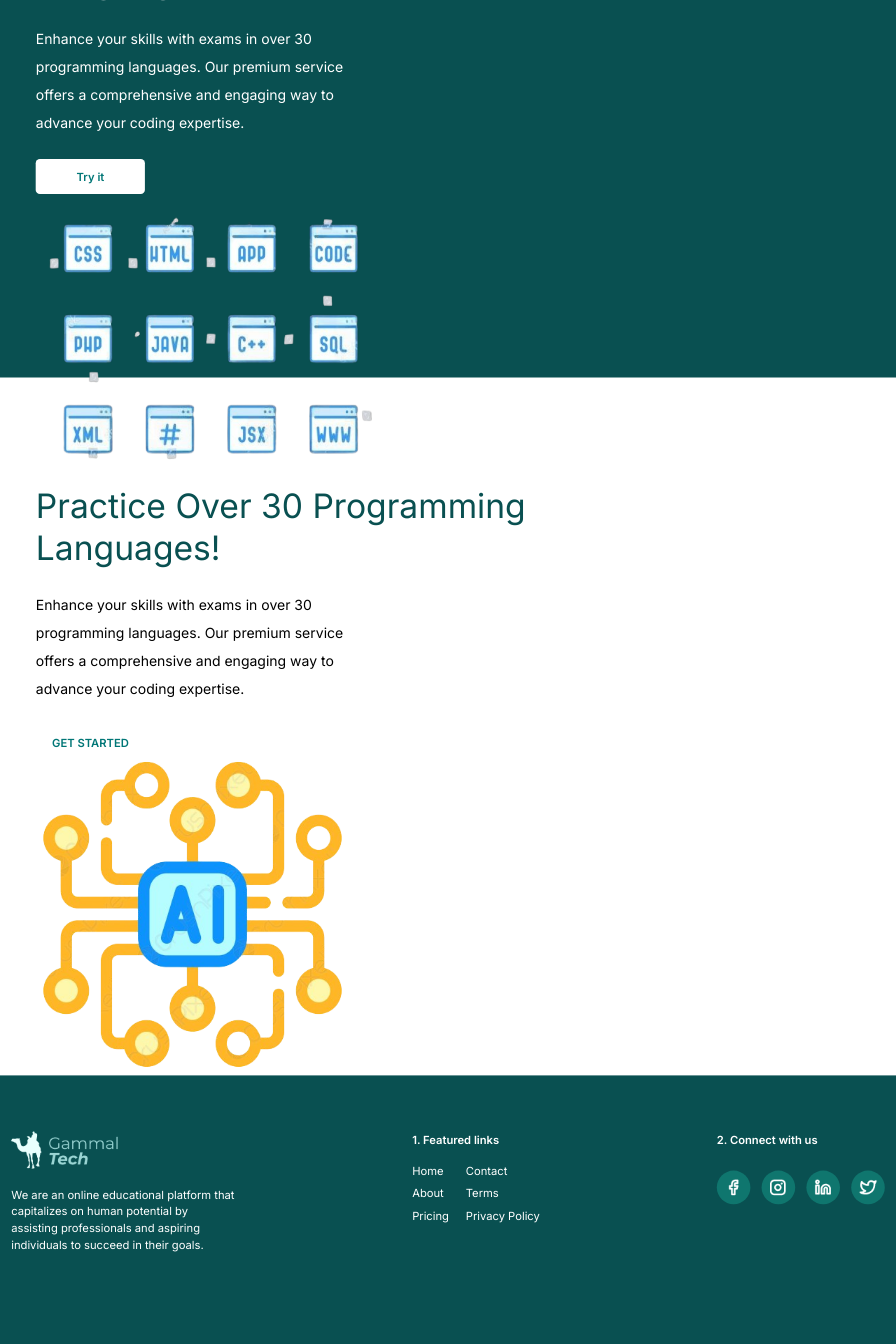
Repository: Ahmed77669/Internship-test
Page: /
These files come from the project's save history. The page is drawn as it stood at one moment and after the next save; the edit follows.
The browser window is 1280 px wide. The pictures show the part of the page from y = 1126 to 3046 px (the page is 3046 px tall before and 2986 px after), at 70% of full size.
The project was rebuilt for these pictures with package versions that can differ from the ones it lists, and the page was loaded fresh each time. The framework's server and built-in components were replaced by stand-ins that run in the browser. Also part of the build but not shown: next.config.mjs.

Above is the page before, as saved 2024-10-13 19:37:32.

### app/layout.tsx
import type { Metadata } from "next";
import localFont from "next/font/local";
import "./globals.css";
import NavBarHome from "@/components/Navbar";
import { Inter } from "next/font/google";
import Footer from "@/components/Footer/Footer";

const inter = Inter({
  subsets: ["latin"],
});
const geistSans = localFont({
  src: "./fonts/GeistVF.woff",
  variable: "--font-geist-sans",
  weight: "100 900",
});
const geistMono = localFont({
  src: "./fonts/GeistMonoVF.woff",
  variable: "--font-geist-mono",
  weight: "100 900",
});

export const metadata: Metadata = {
  title: "Create Next App",
  description: "Generated by create next app",
};

export default function RootLayout({
  children,
}: Readonly<{
  children: React.ReactNode;
}>) {
  return (
    <html lang="en">
      <body
        className={`${geistSans.variable} ${geistMono.variable} antialiased ${inter.className}`}
      >
        <NavBarHome />
        {children}
        <Footer />
      </body>
    </html>
  );
}

### app/page.tsx
import NavBarHome from "@/components/Navbar";
import Home_1 from "@/components/Home_1";
import Image from "next/image";

export default function Home() {
  return (
      <main>
        <Home_1 />
      </main>

  );
}

### app/globals.css
@tailwind base;
@tailwind components;
@tailwind utilities;

:root {
  --background: #ffffff;
  /* --foreground: #171717; */
}

@media (prefers-color-scheme: dark) {
  :root {
    /* --background: #0a0a0a; */
    --foreground: #ededed;
  }
}

body {
  color: var(--foreground);
  background: var(--background);
  font-family: Arial, Helvetica, sans-serif;
}

@layer utilities {
  .text-balance {
    text-wrap: balance;
  }
}

### components/Navbar.tsx
"use client";
import React, { useState, useRef, useEffect } from "react";
import GT_logo from "@/public/Component 6.png";
import Link from "next/link";
import { Inter } from "next/font/google";
import Image from "next/image";
import { useRouter } from "next/navigation";

const inter = Inter({
  subsets: ["latin"],
  weight: ["100", "200", "300", "400", "500", "600", "700"],
});

const NavBarHome = () => {
  const [isOpen, setIsOpen] = useState(false);
  const menuRef = useRef(null);
  const router = useRouter();

  const route = (page: string) => {
    router.push(page);
  };

  const handleOutsideClick = (event: { target: any; }) => {
    if (menuRef.current && !menuRef.current.contains(event.target)) {
      setIsOpen(false);
    }
  };

  useEffect(() => {
    document.addEventListener("mousedown", handleOutsideClick);
    return () => {
      document.removeEventListener("mousedown", handleOutsideClick);
    };
  }, []);

  const toggleMenu = () => {
    setIsOpen((prev) => !prev);
  };

  return (
    <div className={`py-5 container mx-auto ${inter.className} w-[92%]`}>
      <nav className="relative">
        <ul className="flex justify-between items-center">
          <li className="min-w-[152px]">
            <Link href="/">
              <Image
                src={GT_logo}
                alt="Gammal Tech Logo"
                width={130}
                className="cursor-pointer"
              />
            </Link>
          </li>
          <div className="hidden md:flex space-x-5">
            <Link href="/" className="text-[#007676] text-[18px] font-normal flex items-center">Home</Link>
            <Link href="/pricing" className="text-[#007676] text-[18px] font-normal flex items-center">Pricing</Link>
            {/* <Link href="/contests" className="text-[#007676] text-[18px] font-normal flex items-center">Contests</Link> */}
            {/* <Link href="/ai-challenge" className="text-[#007676] text-[18px] font-normal flex items-center">AI Challenge</Link> */}
            {/* <Link href="/rank" className="text-[#007676] text-[18px] font-normal flex items-center">Rank</Link> */}
            <Link href="/about" className="text-[#007676] text-[18px] font-normal flex items-center">About</Link>
            <Link href="/about" className="text-[#007676] text-[18px] font-normal flex items-center">Contact Us</Link>

            <button
              onClick={() => route("/")}
              className="bg-[#007676] text-white rounded-md w-[156px] h-[50px] text-[16px] font-semibold  py-1 px-3 transition-all duration-300 ease-in-out hover:bg-[#005555] hover:shadow-lg"
            >
              GET STARTED
            </button>

          </div>
          <div className="md:hidden flex items-center">
            <button onClick={toggleMenu} className="text-[#007676] focus:outline-none">
              {/* {isOpen ? (
                <FaTimes className="text-2xl" />
              ) : (
                <FaBars className="text-2xl" />
              )} */}
            </button>
          </div>
        </ul>

        {isOpen && (
          <div
            ref={menuRef}
            className="absolute right-0 mt-2 w-48 bg-white shadow-lg rounded-lg z-20 transition-transform transform origin-top-right scale-100 mx-4"
          >
            <div className="flex flex-col">
              <Link
                href="/"
                className="text-[#007676] text-lg font-semibold hover:bg-[#f0f0f0] transition duration-200 p-3 rounded-lg"
                onClick={() => setIsOpen(false)}
              >
                Home
              </Link>
              <Link
                href="/pricing"
                className="text-[#007676] text-lg font-semibold hover:bg-[#f0f0f0] transition duration-200 p-3 rounded-lg"
                onClick={() => setIsOpen(false)}
              >
                Pricing
              </Link>
              <Link
                href="/contests"
                className="text-[#007676] text-lg font-semibold hover:bg-[#f0f0f0] transition duration-200 p-3 rounded-lg"
                onClick={() => setIsOpen(false)}
              >
                Contests
              </Link>
              <Link
                href="/ai-challenge"
                className="text-[#007676] text-lg font-semibold hover:bg-[#f0f0f0] transition duration-200 p-3 rounded-lg"
                onClick={() => setIsOpen(false)}
              >
                AI Challenge
              </Link>
              <Link
                href="/rank"
                className="text-[#007676] text-lg font-semibold hover:bg-[#f0f0f0] transition duration-200 p-3 rounded-lg"
                onClick={() => setIsOpen(false)}
              >
                Rank
              </Link>
              <Link
                href="/about"
                className="text-[#007676] text-lg font-semibold hover:bg-[#f0f0f0] transition duration-200 p-3 rounded-lg"
                onClick={() => setIsOpen(false)}
              >
                About Us
              </Link>
            </div>
          </div>
        )}
      </nav>
    </div>
  );
};

export default NavBarHome;

### components/Footer/Footer.tsx
import React from 'react';
import Image from "next/image";
import footerLogo from "@/public/gammalTech-logos/footer-logo.png";
import Link from 'next/link';
import linkdin from "@/public/socialmediaIcons/linkdin.png";
import facebook from "@/public/socialmediaIcons/Facebook.png";
import instagram from "@/public/socialmediaIcons/Instagram.png";
import twitter from "@/public/socialmediaIcons/Twitter.png";

const Footer = () => {
  return (

      <section className= "bg-[#095051] py-20 min-h-96 h-auto">
        <div className="container mx-auto px-4 ">
          <div className="flex justify-between flex-wrap ">
            <div className='mb-10'>
              <div className="mb-6">
                <Image src={footerLogo} alt='Gammal Tech Logo' width={152} />
              </div>
              <div className="text-white w-80">
                We are an online educational platform that capitalizes on human potential by assisting professionals and aspiring individuals to succeed in their goals.
              </div>
            </div>

            <div className="text-white flex flex-col mb-10">
              <p className="font-semibold mb-5">1. Featured links</p>
              <div className="flex justify-between ">
                <div className="space-y-2 mr-6">
                  <p className='cursor-pointer'>Home</p>
                  <p className='cursor-pointer'>About</p>
                  <p className='cursor-pointer'>Pricing</p>
                </div>
                <div className="space-y-2">
                  <p className='cursor-pointer'>Contact</p>
                  <p className='cursor-pointer'>Terms</p>
                  <p className='cursor-pointer'>Privacy Policy</p>
                </div>
              </div>
            </div>

            <div>
              <p className="text-white font-semibold mb-8">2. Connect with us</p>
              <div className="flex space-x-4">
                <Link href="https://www.facebook.com/gammal.tech/?locale=ar_AR" passHref target='_blank'>
                  <div className="w-12 h-12 bg-teal-700 rounded-full flex items-center justify-center cursor-pointer">
                    <Image src={facebook} alt='Facebook Logo' />
                  </div>
                </Link>
                <Link href="https://www.instagram.com/gammal.tech/?hl=ar" passHref target='_blank'>
                  <div className="w-12 h-12 bg-teal-700 rounded-full flex items-center justify-center cursor-pointer">
                    <Image src={instagram} alt='Instagram Logo' />
                  </div>
                </Link>
                <Link href="https://www.linkedin.com/company/gammal-tech/" passHref target='_blank'>
                  <div className="w-12 h-12 bg-teal-700 rounded-full flex items-center justify-center cursor-pointer">
                    <Image src={linkdin} alt='LinkedIn Logo' />
                  </div>
                </Link>
                <Link href="https://x.com/gammaltech?lang=ar" passHref target='_blank'>
                  <div className="w-12 h-12 bg-teal-700 rounded-full flex items-center justify-center cursor-pointer">
                    <Image src={twitter} alt='Twitter Logo' />
                  </div>
                </Link>
              </div>
            </div>
          </div>
        </div>
      </section>
  );
};

export default Footer;

### components/Home_1.tsx
import React from "react";
import Image from "next/image";
import lang from "@/public/landingPage-photos/lang.png";
import AI from "@/public/landingPage-photos/AI.png";

const Home = () => {
  return (
    <section className="mt-40">
      <div className="w-[92%]  container mx-auto flex justify-between flex-wrap">
        <div className="w-[660px]">
          <div className="text-[#094546] text-5xl w-full leading-[60px]">
            The Engaging and Effective Way to Master Programming
          </div>

          <p className="text-black w-2/3 text-xl mt-8 leading-[40px]">
            Take interactive exams and challenges designed to make learning fun
            and impactful. Start your journey toward becoming a coding expert
            today!
          </p>

          <button
            // onClick={() => route("/")}
            className="bg-[#007676] text-white rounded-md w-[156px] h-[50px] text-[16px] font-semibold  py-1 px-3 transition-all duration-300 ease-in-out hover:bg-[#005555] hover:shadow-lg mt-8"
          >
            GET STARTED
          </button>
        </div>
        <div className="bg-black rounded-md w-[500px] h-[450px] p-10 flex flex-wrap">
          <pre className="text-[#4ADE80]">
            {`#include <stdio.h>

int main() {
    int year;

    printf("Enter a year: ");
    scanf("%d", &year);

    if ((year % 100 != 0 && year % 4 == 0)) {
        printf("%d is a leap year.\\n", year);
    } else {
        printf("%d is not a leap year.\\n", year);
    }

    return 0;
}`}
          </pre>
        </div>
      </div>
      <div className="bg-[#095051] mt-[12%] mb-[12%] py-36 h-[800px] content-end">
        <div className="w-[92%]  container mx-auto flex justify-between flex-wrap align-middle">
          <div className="w-[700px]">
            <div className="text-white text-5xl w-full leading-[60px]">
              Practice Over 30 Programming Languages!
            </div>

            <p className="text-white w-2/3 text-xl mt-8 leading-[40px]">
              Enhance your skills with exams in over 30 programming languages.
              Our premium service offers a comprehensive and engaging way to
              advance your coding expertise.
            </p>

            <button
              // onClick={() => route("/")}
              className="bg-[#ffffff] text-[#007676] rounded-md w-[156px] h-[50px] text-[16px] font-semibold  py-1 px-3 transition-all duration-300 ease-in-out hover:bg-opacity-95 hover:shadow-lg mt-8"
            >
              Try it
            </button>
          </div>
          <div className="rounded-md w-[500px] h-[450px]  flex flex-wrap">
            <Image src={lang} alt="programming languages photo" />
            {/* </div> */}
          </div>
        </div>
      </div>

      <div className="w-[92%]  container mx-auto flex justify-between flex-wrap">
        <div className="w-[700px]">
          <div className="text-[#095051] text-5xl w-full leading-[60px]">
            Practice Over 30 Programming Languages!
          </div>

          <p className="text-black w-2/3 text-xl mt-8 leading-[40px]">
            Enhance your skills with exams in over 30 programming languages. Our
            premium service offers a comprehensive and engaging way to advance
            your coding expertise.
          </p>

          <button
            // onClick={() => route("/")}
            className="bg-[#ffffff] text-[#007676] rounded-md w-[156px] h-[50px] text-[16px] font-semibold  py-1 px-3 transition-all duration-300 ease-in-out hover:bg-opacity-95 hover:shadow-lg mt-8"
          >
            GET STARTED
          </button>
        </div>
        <div className="rounded-md w-[500px] h-[450px] flex flex-wrap">
          <Image src={AI} alt="programming languages photo" />
          {/* </div> */}
        </div>
      </div>
    </section>
  );
};

export default Home;

Loaded but not shown: tailwind.config.ts (common file)

After the next save:
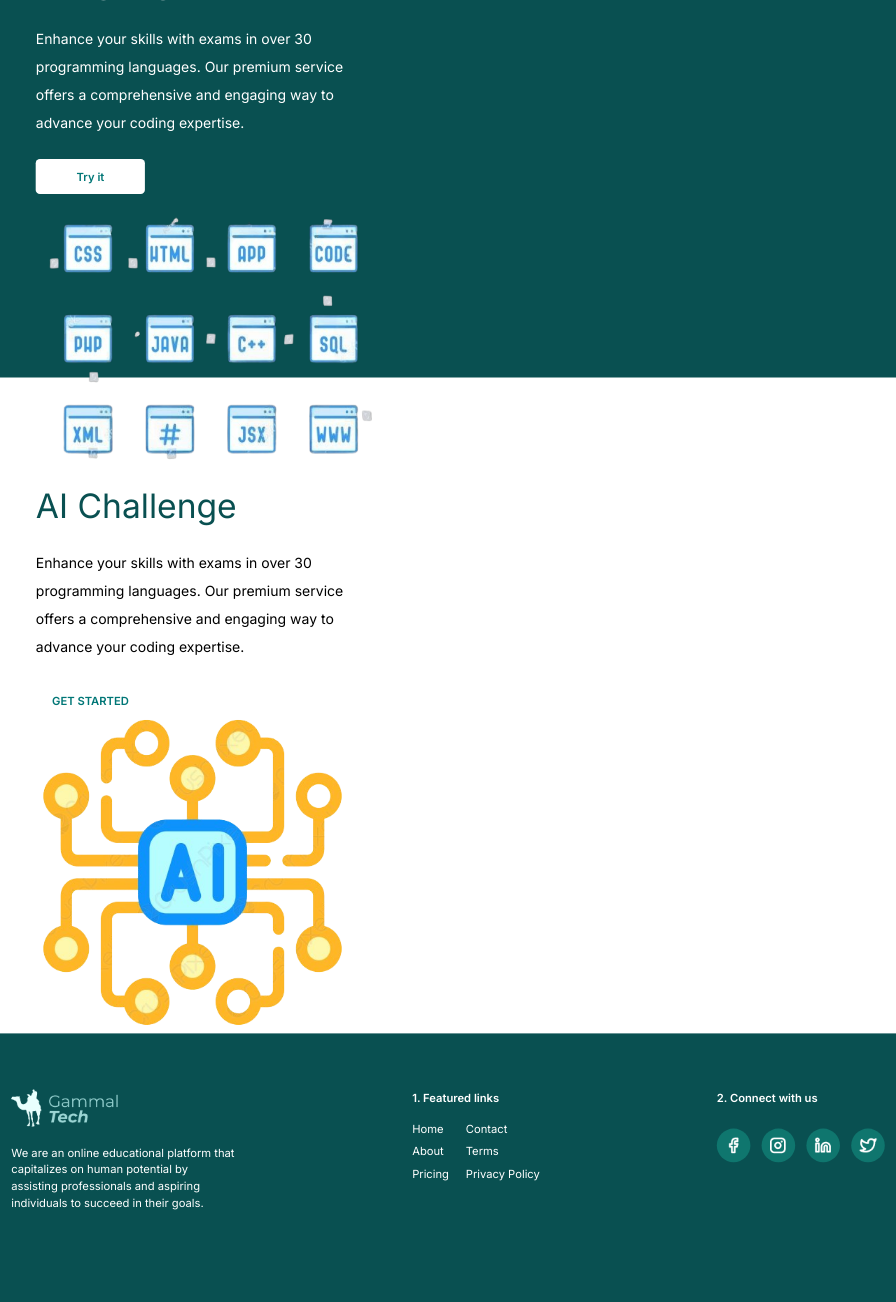
Saved 54 s later.
--- a/components/Home_1.tsx
+++ b/components/Home_1.tsx
@@ -76,7 +76,7 @@
       <div className="w-[92%]  container mx-auto flex justify-between flex-wrap">
         <div className="w-[700px]">
           <div className="text-[#095051] text-5xl w-full leading-[60px]">
-            Practice Over 30 Programming Languages!
+          AI Challenge
           </div>
 
           <p className="text-black w-2/3 text-xl mt-8 leading-[40px]">
